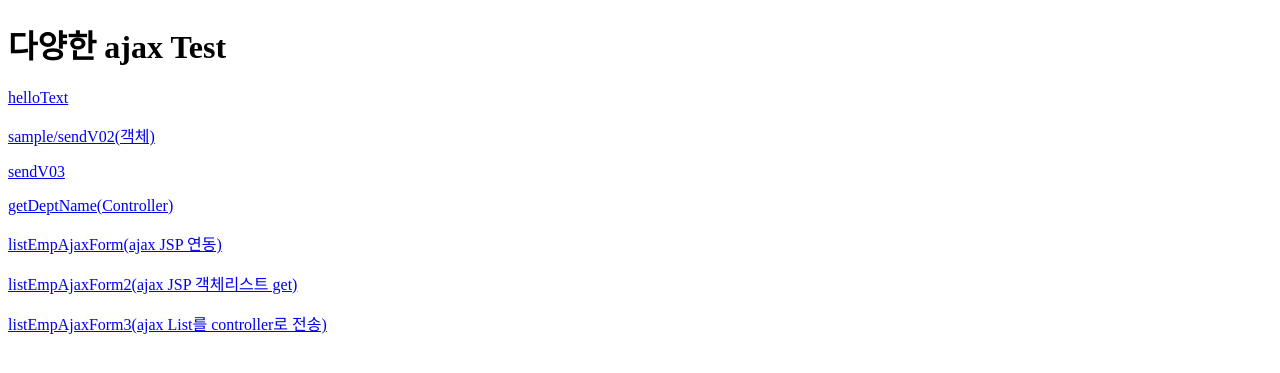
Repository: min99lv/choongang_spring_git
Page: http://localhost/oBootMybatis01/WEB-INF/views/ajaxForm.jsp
These files come from the project's save history. The page is drawn as it stood at one moment and after the next save; the edit follows.
The browser window is 1280 px wide. The pictures show the whole page.
The page is served by Tomcat 10. Nobody is signed in. The template is opened directly, without the code that normally fills it, so the values that code supplies are empty.

Above is the page before, as saved 2024-08-19 05:24:05.

After the next save:
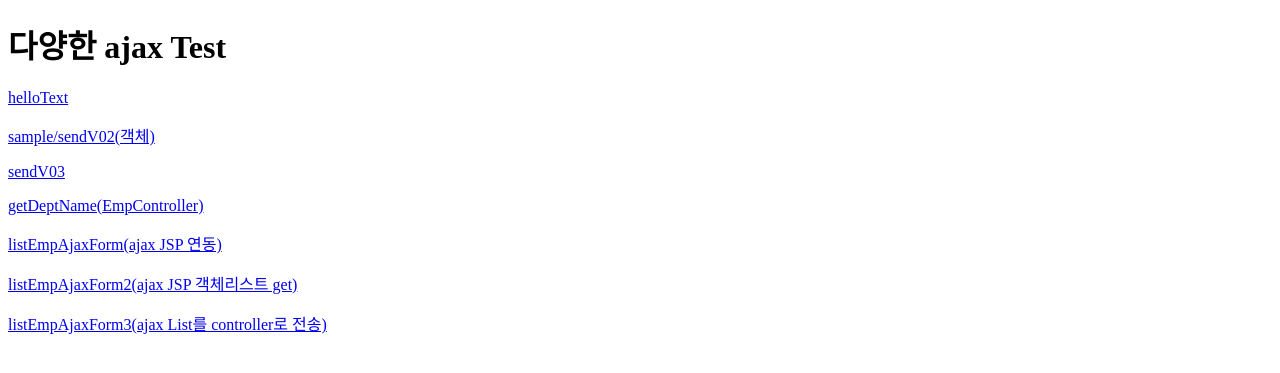
Saved 37 s later.
--- a/oBootMybatis01/src/main/webapp/WEB-INF/views/ajaxForm.jsp
+++ b/oBootMybatis01/src/main/webapp/WEB-INF/views/ajaxForm.jsp
@@ -11,7 +11,7 @@
 <a href="/helloText">helloText</a><p>
 <a href="/sample/sendV02?deptno=123">sample/sendV02(객체)</a><p>
 <a href="/sendV03">sendV03</a><p>
-<a href="/getDeptName?deptno=10">getDeptName(Controller)</a><p>
+<a href="/getDeptName?deptno=10">getDeptName(EmpController)</a><p>
 <a href="/listEmpAjaxForm">listEmpAjaxForm(ajax JSP 연동)</a><p>
 <a href="/listEmpAjaxForm2">listEmpAjaxForm2(ajax JSP 객체리스트 get)</a><p>
 <a href="/listEmpAjaxForm3">listEmpAjaxForm3(ajax List를 controller로 전송)</a><p>
